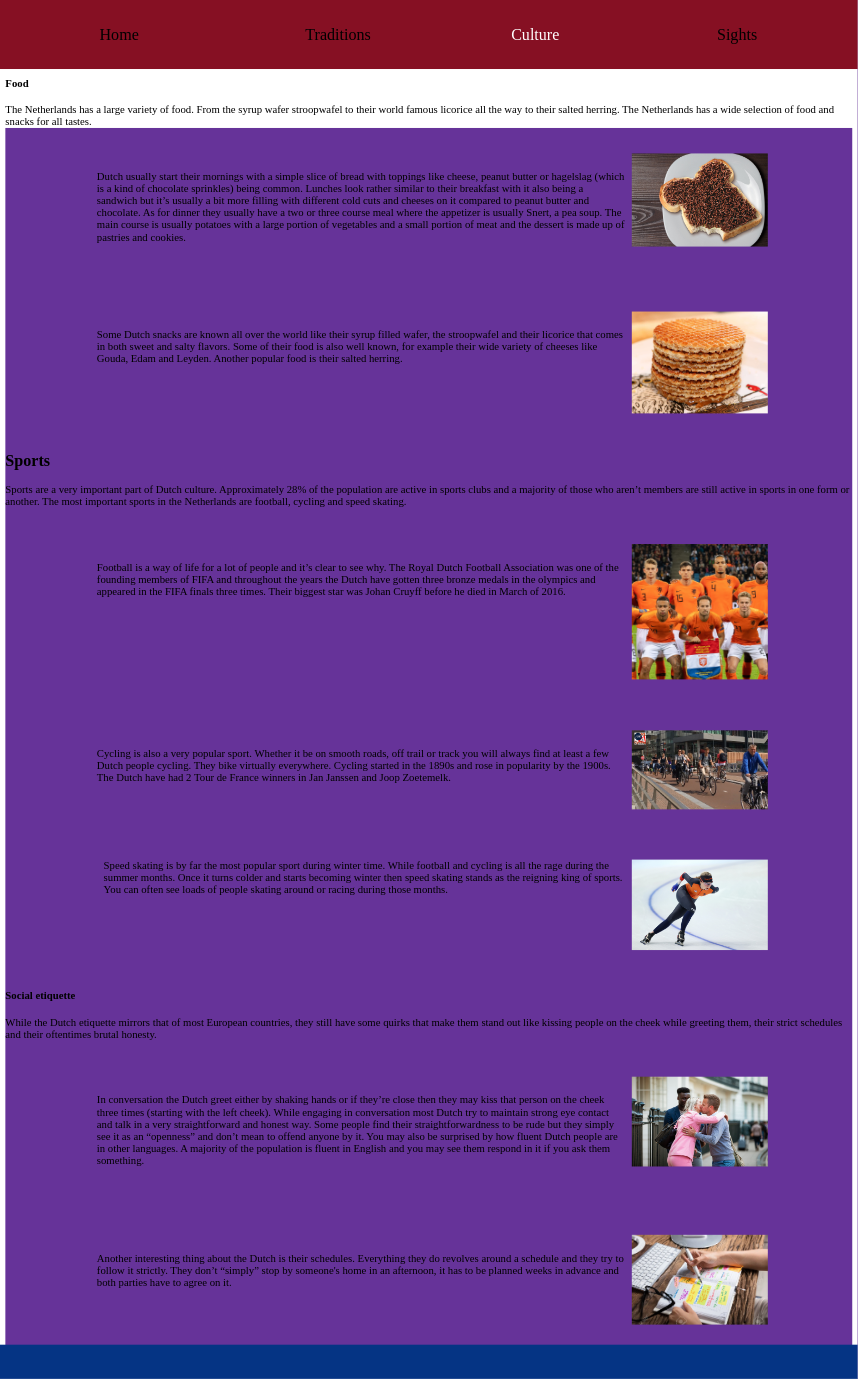
Repository: Cornman63/The-netherlands
Page: html/culture.html
The author's editor kept a copy of each file at every save. The page is drawn from the files as they stood at one save, then again after the next save.
The browser window is 1280 px wide. The pictures show the whole page, at 67% of full size.

Above is the page before, as saved 2023-05-28 12:17:04.

After the next save:
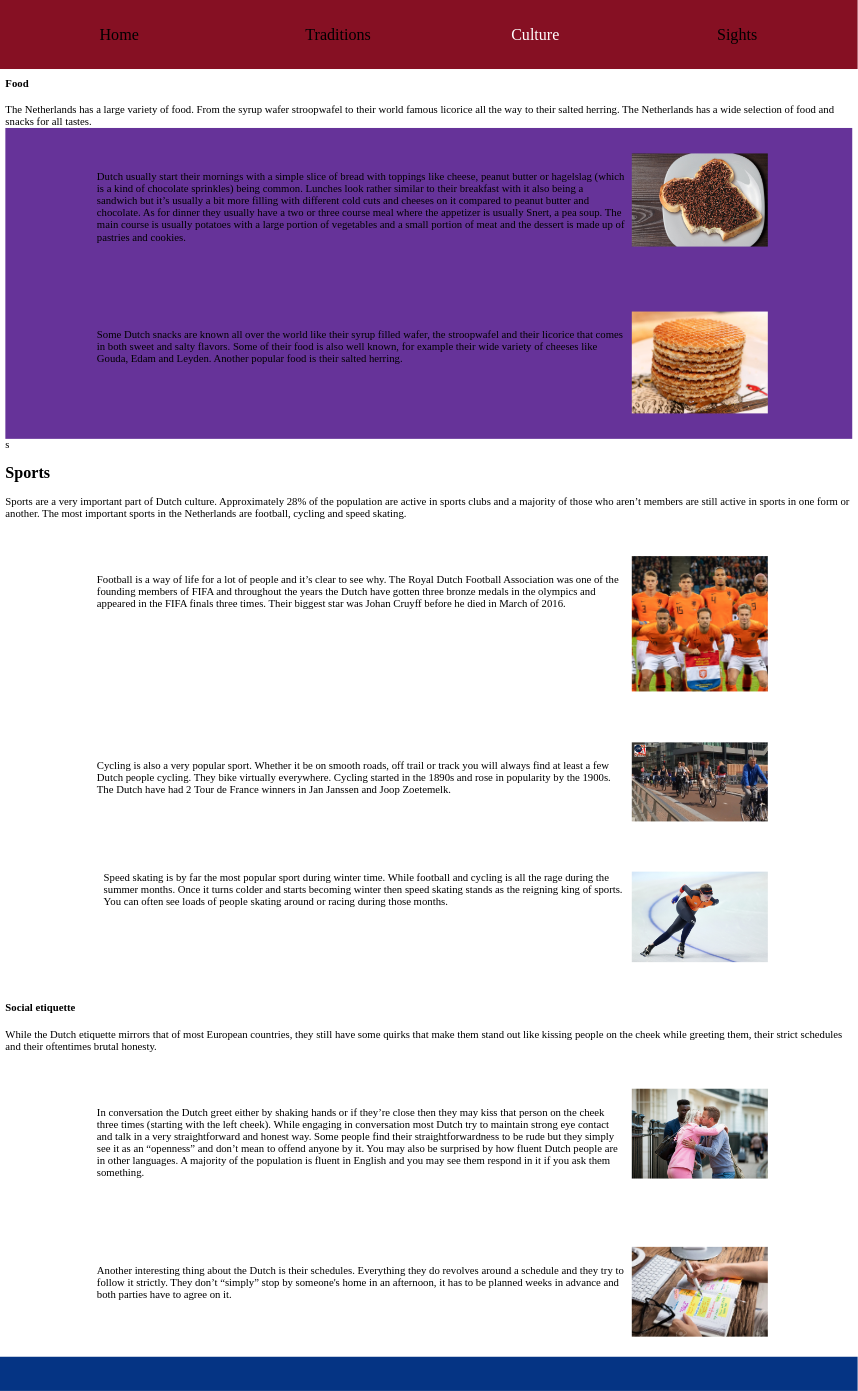
Saved 23 s later.
--- a/html/culture.html
+++ b/html/culture.html
@@ -32,6 +32,7 @@
             <p class="par">Some Dutch snacks are known all over the world like their syrup filled wafer, the stroopwafel and their licorice that comes in both sweet and salty flavors. Some of their food is also well known, for example their wide variety of cheeses like Gouda, Edam and Leyden. Another popular food is their salted herring.</p>
             <img src="../images/stroopwafel.jpg" alt="stroopwafel" class="img">
         </div>
+        </div>s
 
         <div class="sportstart">
             <h2>Sports</h2>
